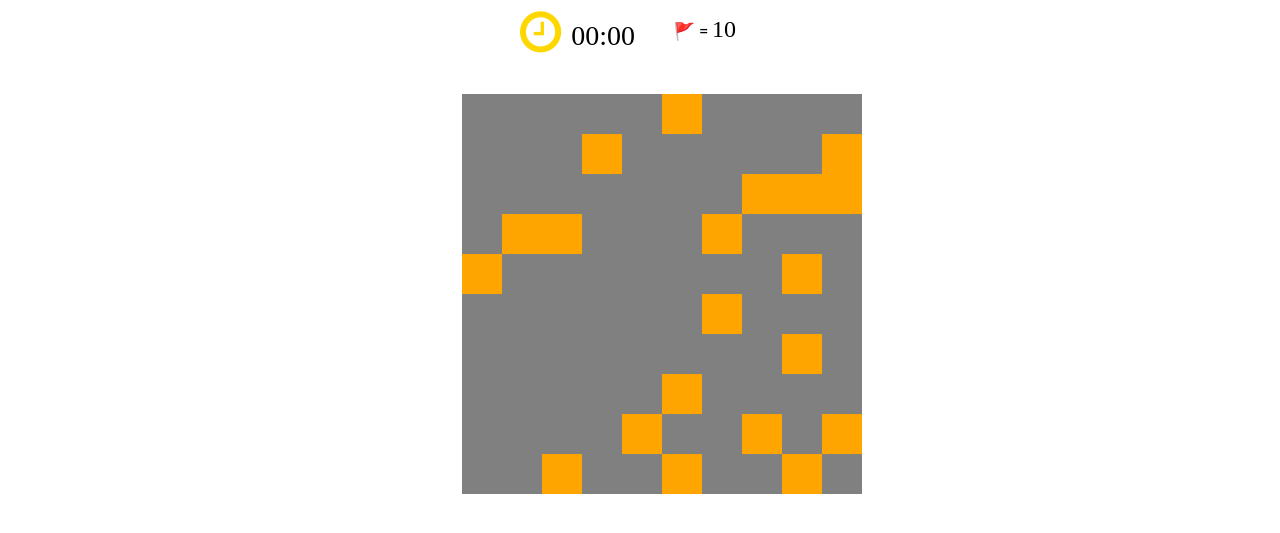
Repository: issaRan/MineSweeper
Page: html/index.html
These files come from the project's save history. The page is drawn as it stood at one moment and after the next save; the edit follows.
The browser window is 1280 px wide. The pictures show the whole page.

Above is the page before, as saved 2020-10-23 17:16:52.

After the next save:
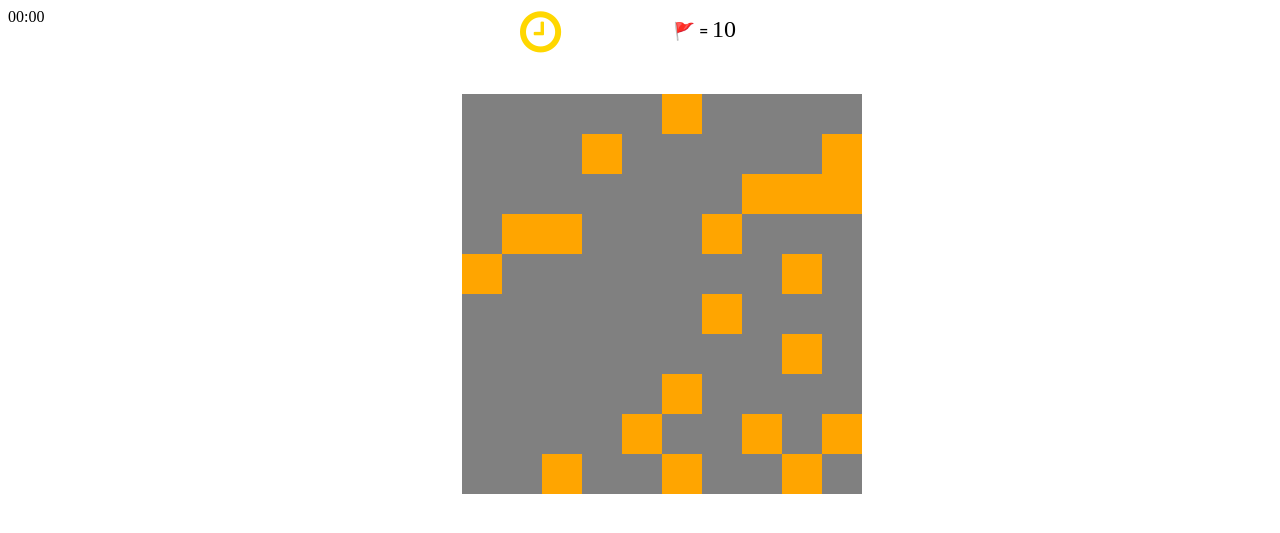
Saved 2 min 48 s later.
--- a/html/index.html
+++ b/html/index.html
@@ -12,6 +12,6 @@
   <div class="flags">🚩 = </div><div class="numOfFlag">10</div>
   <div class="grid"></div>
   <i class="fa fa-clock-o" ></i>
-  <div id="time">00:00</div>
+  <label id="minutes">00</label>:<label id="seconds">00</label>
 </body>
 </html>
